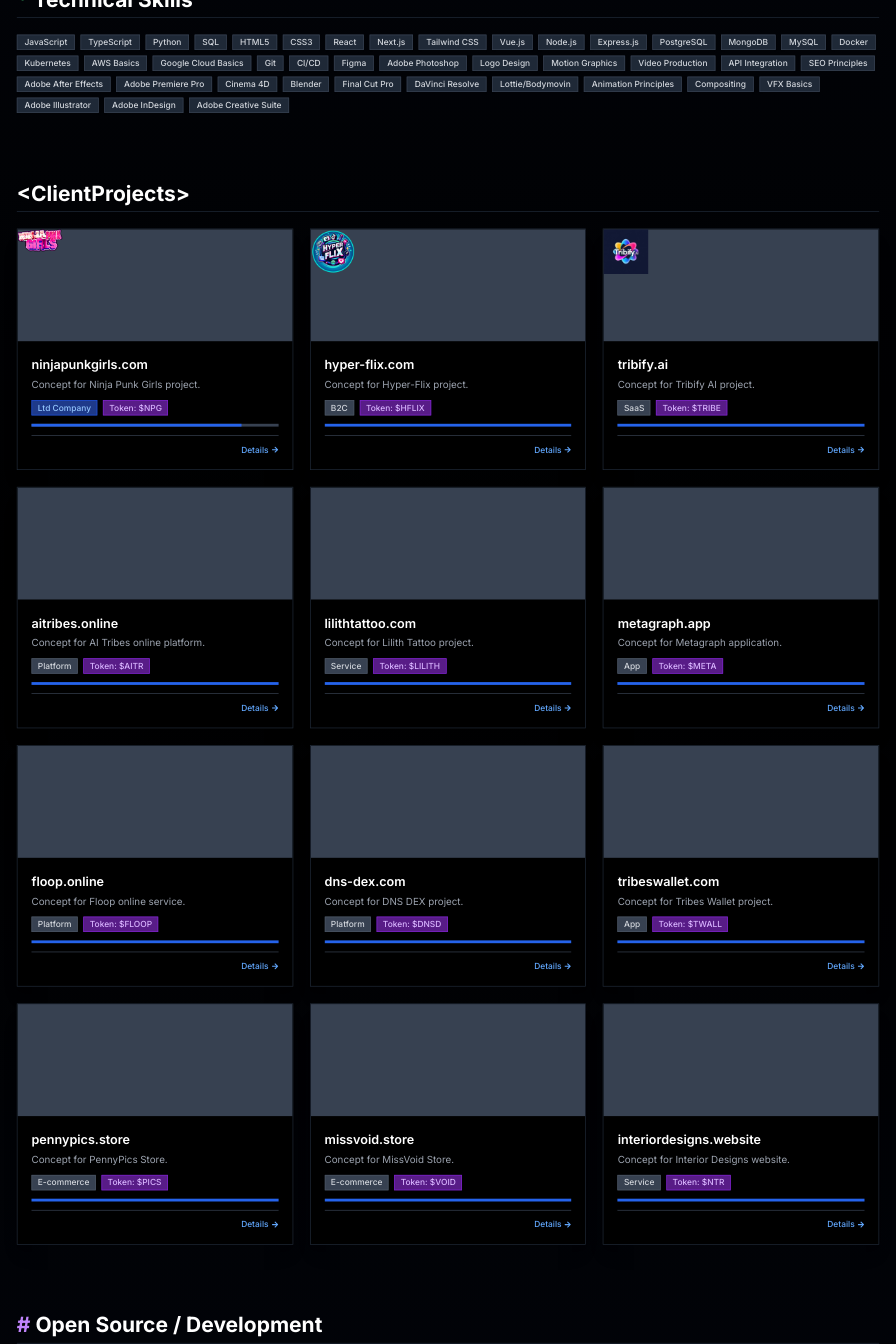
Repository: b0ase/rafskitchen
Page: /
These files come from the project's save history. The page is drawn as it stood at one moment and after the next save; the edit follows.
The browser window is 1280 px wide. The pictures show the part of the page from y = 1459 to 3379 px (the page is 4717 px tall), at 70% of full size.
The project was rebuilt for these pictures with package versions that can differ from the ones it lists, and the page was loaded fresh each time. The framework's server and built-in components were replaced by stand-ins that run in the browser. Also part of the build but not shown: next.config.js.

Above is the page before, as saved 2025-05-02 14:25:04.

After the next save:
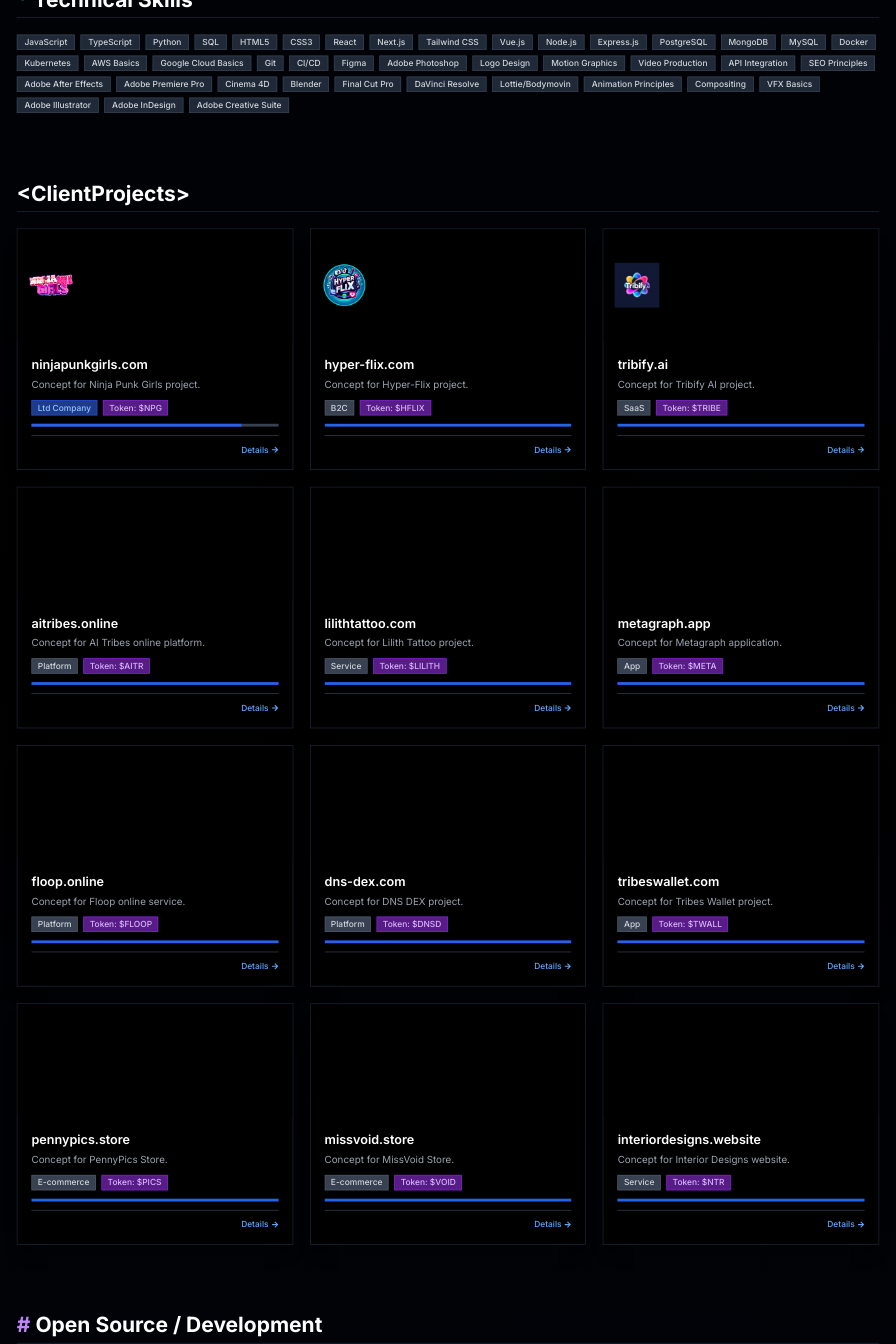
Saved 11 s later.
--- a/app/page.tsx
+++ b/app/page.tsx
@@ -131,16 +131,11 @@
                 onMouseEnter={() => setHoveredProjectId(project.id)}
                 onMouseLeave={() => setHoveredProjectId(null)}
               >
-                <div className="relative w-full h-40 bg-gray-200 dark:bg-gray-700 transition-opacity duration-300 group-hover:opacity-30">
+                <div className="relative w-full h-40 bg-black flex items-center justify-start p-4">
                   <ProjectCardImage
                     imageUrls={project.cardImageUrls || []}
-                    alt={`${project.title} screenshot`}
+                    alt={`${project.title} logo`}
                   />
-                  {project.slug === 'ninjapunkgirls-com' && (
-                    <div className="absolute inset-0 flex items-center justify-center bg-black bg-opacity-60 backdrop-blur-sm">
-                      <span className="text-white text-xl font-semibold tracking-wider">Coming Soon</span>
-                    </div>
-                  )}
                 </div>
                 <div className="p-5 flex flex-col flex-grow transition-opacity duration-300 group-hover:opacity-0 group-hover:pointer-events-none">
                   <h3 className="text-lg font-semibold text-black dark:text-white mb-1">{project.title}</h3>
